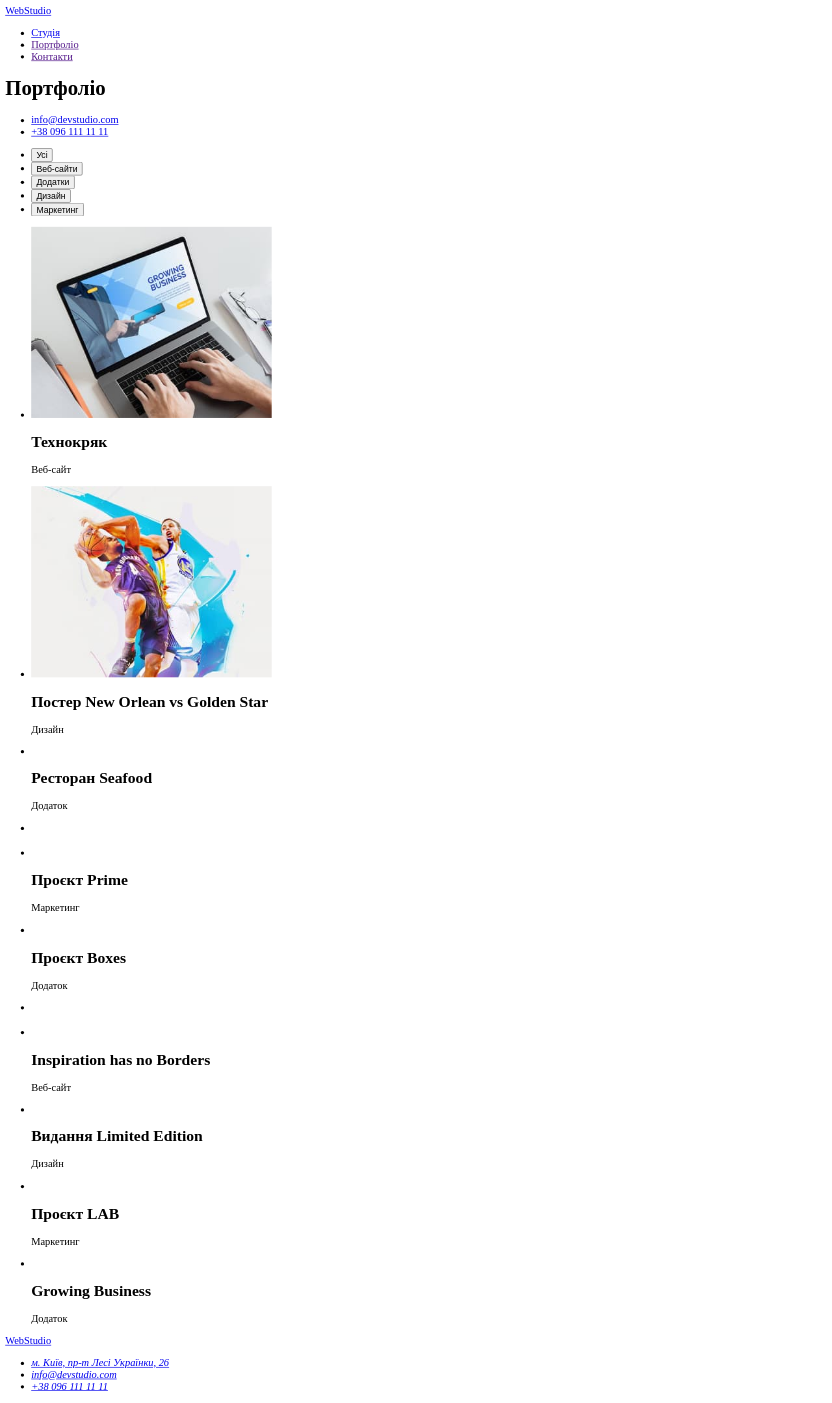
Repository: Mariia2811/goit-markup-hw-03
Page: portfolio.html
The author's editor kept a copy of each file at every save. The page is drawn from the files as they stood at one save, then again after a run of saves.
The browser window is 1280 px wide. The pictures show the whole page, at 65% of full size.

Above is the page before, as saved 2022-11-25 14:28:11.

After the next 4 saves:
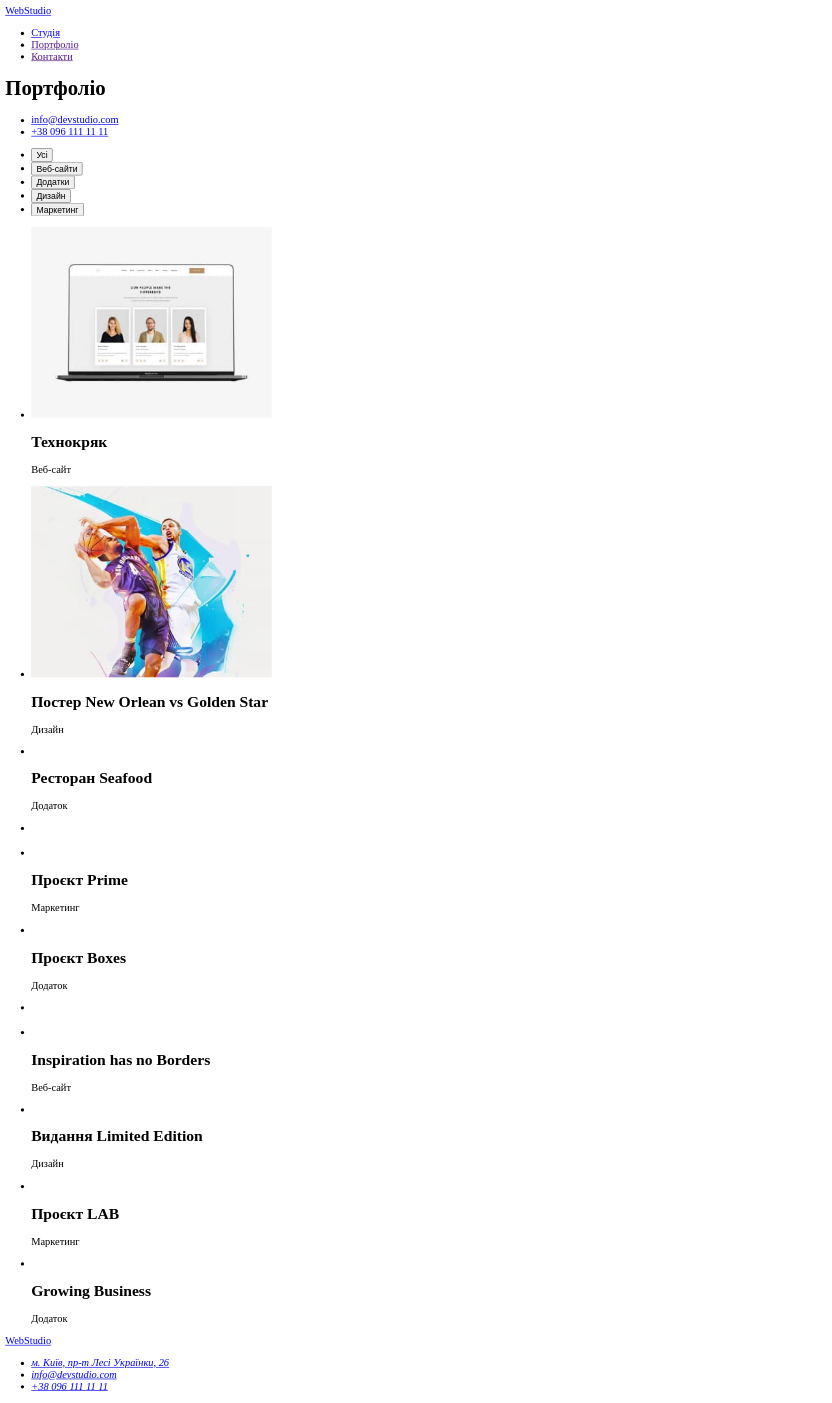
The 4 saves are shown as one change because they came seconds apart.
The last was saved 31 s later.
--- a/portfolio.html
+++ b/portfolio.html
@@ -35,7 +35,7 @@
         <section>
             <ul>
                 <li>
-                    <img src="./images/notebook.jpg" alt="Головна сторінка сайту на екрані ноутбуку">
+                    <img src="./images/laptop.jpg" alt="Головна сторінка сайту на екрані ноутбуку">
                     <h2>Технокряк</h2>
                     <p>Веб-сайт</p>
                 </li>
